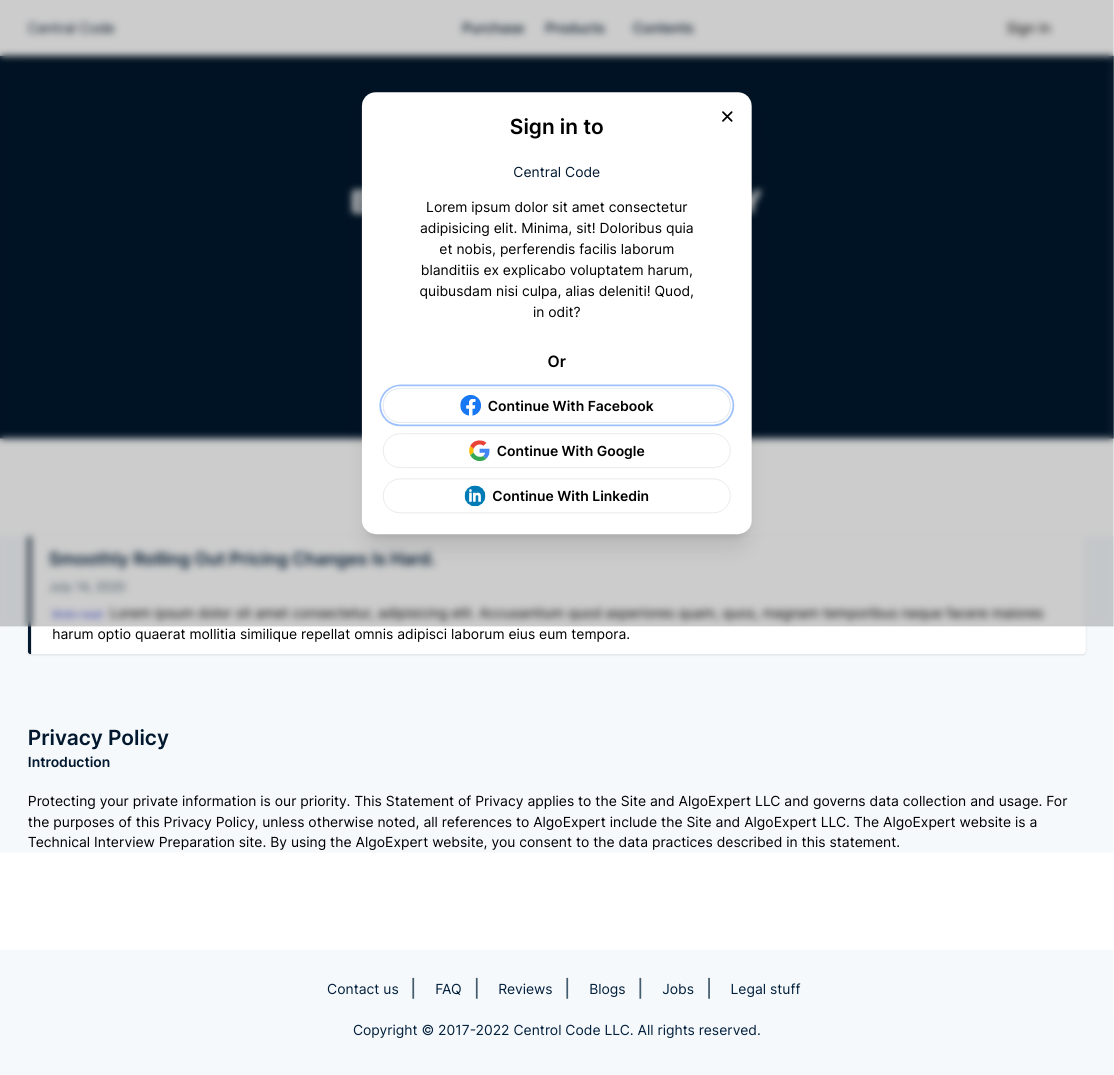
Repository: om1ars/Xjkey
Page: /privacy
These files come from the project's save history. The page is drawn as it stood at one moment and after the next save; the edit follows.
The browser window is 1280 px wide. The pictures show the whole page, at 87% of full size.
The project was rebuilt for these pictures with package versions that can differ from the ones it lists, and the page was loaded fresh each time. The framework's server and built-in components were replaced by stand-ins that run in the browser. Also part of the build but not shown: next.config.js.

Above is the page before, as saved 2022-03-20 23:31:01.

### src/pages/_app.tsx
import "@/css/fonts.css";
// Import Swiper styles
import "swiper/css";
import "swiper/css/free-mode";
import "swiper/css/scrollbar";
import "swiper/css/navigation";
//
import "@/css/main.scss";
import type { AppProps } from "next/app";
import { ThemeProvider } from "next-themes";
import { Header } from "@/components/Header";
import DefaultLayout from "@/layouts/DefaultLayout";
import Head from "next/head";

function MyApp({ Component, pageProps }: AppProps) {
  return (
    <>
      <Head>
        <link
          rel="stylesheet"
          href="https://cdn.jsdelivr.net/gh/devicons/devicon@latest/devicon.min.css"
        />
      </Head>
      <ThemeProvider attribute="class" defaultTheme="system">
        <DefaultLayout>
          <Component {...pageProps} />
        </DefaultLayout>
      </ThemeProvider>
    </>
  );
}

export default MyApp;

### src/pages/_document.tsx
import NextDocument, {
  Html,
  Head,
  Main,
  NextScript,
  DocumentContext,
} from 'next/document';

export default class Document extends NextDocument {
  static async getInitialProps(ctx: DocumentContext) {
    const initialProps = await NextDocument.getInitialProps(ctx);
    return { ...initialProps };
  }

  render() {
    return (
      <Html lang='en' className='dark'>
        <Head>
          <link href='/favicons/site.webmanifest' rel='manifest' />
          <link href='/favicons/favicon.ico' rel='shortcut icon' />
          <link
            href='/favicons/apple-touch-icon.png'
            rel='apple-touch-icon'
            sizes='180x180'
          />
          <link
            href='/favicons/favicon-32x32.png'
            rel='icon'
            sizes='32x32'
            type='image/png'
          />
          <link
            href='/favicons/favicon-16x16.png'
            rel='icon'
            sizes='16x16'
            type='image/png'
          />
          <link
            rel='mask-icon'
            href='/favicons/safari-pinned-tab.svg'
            color='#6366f1'
          />
          <meta content='#ffffff' name='theme-color' />
          <meta content='#ffffff' name='msapplication-TileColor' />
          <meta
            content='/favicons/browserconfig.xml'
            name='msapplication-config'
          />
        </Head>
        <body className='dark:highlight-white/5 bg-neutral-100 text-slate-900 antialiased dark:bg-gray-800 dark:text-white'>
          <Main />
          <NextScript />
        </body>
      </Html>
    );
  }
}

### src/pages/privacy.tsx
import Hero from "@/components/HomeComponents/Hero";
import React from "react";

export default function Privacy() {
  return (
    <div>
      <Hero title="Boring Privacy Policy" subtitle="Because we gotta have it" />

      <main
        className="mx-auto max-w-screen-xl bg-whiteBg px-6 sm:px-8 "
        id="video-explanation"
      >
        <div className="mt-28 mb-28 space-y-20">
          <div className="rounded border-l-4 border-mainBg bg-white py-3 px-5 shadow transition-all hover:-translate-y-1 hover:shadow-lg">
            <div className="flex flex-row items-center justify-between">
              <div>
                <h6 className="text-xl font-semibold  text-textBold">
                  Smoothly Rolling Out Pricing Changes Is Hard.
                </h6>
                <h4 className="mt-2 mb-2  text-left text-sm text-textColor">
                  July 14, 2020
                </h4>
              </div>
              <div></div>
            </div>
            <div className="flex flex-row items-center justify-start text-left">
              <span className="mr-1"></span>
              <p>
                <span className="mr-2 text-xs  font-semibold  text-buttonBg">
                  6min read
                </span>
                <span>
                  Lorem ipsum dolor sit amet consectetur, adipisicing elit.
                  Accusantium quod asperiores quam, quos, magnam temporibus
                  neque facere maiores harum optio quaerat mollitia similique
                  repellat omnis adipisci laborum eius eum tempora.{" "}
                </span>
              </p>
            </div>
          </div>
          <h1 className="text-2xl  font-semibold text-mainBg ">
            Privacy Policy
          </h1>
          <span className="mt">
            <span className="text-mainBg  font-semibold tel">Introduction</span>
            <p className="mt-5 text">
              Protecting your private information is our priority. This
              Statement of Privacy applies to the Site and AlgoExpert LLC and
              governs data collection and usage. For the purposes of this
              Privacy Policy, unless otherwise noted, all references to
              AlgoExpert include the Site and AlgoExpert LLC. The AlgoExpert
              website is a Technical Interview Preparation site. By using the
              AlgoExpert website, you consent to the data practices described in
              this statement.
            </p>
          </span>
        </div>
      </main>
    </div>
  );
}

### src/css/fonts.css
@font-face {
  font-family: "Inter var";
  font-weight: 100 900;
  font-display: swap;
  font-style: normal;
  font-named-instance: "Regular";
  src: url("../fonts/Inter-roman-latin.var.woff2") format("woff2");
}

@font-face {
  font-family: "Inter var";
  font-weight: 100 900;
  font-display: swap;
  font-style: italic;
  font-named-instance: "Italic";
  src: url("../fonts/Inter-italic-latin.var.woff2") format("woff2");
}

### src/css/main.scss
@tailwind base;
@tailwind components;
@tailwind utilities;
@import "./flip-card.scss";
@import "node_modules/react-modal-video/scss/modal-video.scss";

@layer base {
  .dark {
    color-scheme: dark;
  }
}

/* styling Swiper default navigations elements */
.swiper-button-next {
  background-color: theme("colors.white");
  height: 40px;
  width: 40px;
  border-radius: 100px;
  box-shadow: theme("boxShadow.lg");
  transition: all;
  transition-duration: 150ms;
}

html.dark .swiper-button-next {
  background-color: theme("colors.mainBg");
}

.swiper-button-next:hover {
  background-color: theme("colors.mainBg");
}

html.dark .swiper-button-next:hover {
  background-color: theme("colors.mainBg");
}

.swiper-button-next::after {
  color: black;
  font-size: 1rem;
  font-weight: bold;
}
html.dark .swiper-button-next::after {
  color: theme("colors.white");
}

.swiper-button-prev {
  background-color: theme("colors.white");
  height: 40px;
  width: 40px;
  border-radius: 100px;
  box-shadow: theme("boxShadow.lg");
  transition: all;
  transition-duration: 150ms;
}

html.dark .swiper-button-prev {
  background-color: theme("colors.mainBg");
}

.swiper-button-prev:hover {
  background-color: theme("colors.mainBg");
}

html.dark .swiper-button-prev:hover {
  background-color: theme("colors.mainBg");
}

.swiper-button-prev::after {
  color: black;
  font-size: 1rem;
  font-weight: bold;
}
html.dark .swiper-button-prev::after {
  color: theme("colors.white");
}

html.dark .swiper-scrollbar {
  background: rgb(255, 255, 255, 0.2);
}
html.dark .swiper-scrollbar-drag {
  background: rgb(255, 255, 255, 0.6);
}
/* end of styling Swiper default navigations elements */

.front_main_drop:hover .front_sub_drop {
  display: block;
}
.back_main_drop:hover .back_sub_drop {
  display: block;
}

::-webkit-scrollbar {
  width: 4px;
}

/* Handle */
::-webkit-scrollbar-thumb {
  background: #626ee3;
  border-radius: 6px;
}

/* Handle on hover */
::-webkit-scrollbar-thumb:hover {
  background: #535DC5;
}

### src/layouts/DefaultLayout.tsx
import Footer from "@/components/Footer";
import { Header } from "@/components/Header";
import React, { FC } from "react";

export default function DefaultLayout({ children }: any) {
  return (
    <div>
      <Header />
      <main>{children}</main>
      <Footer />
    </div>
  );
}

### src/components/HomeComponents/Hero.tsx
import React, { useEffect, useState } from "react";
import Image from "next/image";
import { Transition } from "@headlessui/react";
import { Button, IconButton } from "../Button";

const Hero = ({ title, subtitle }: any) => {
  const [showBanner, setShowBanner] = useState(true);
  return (
    <>
      <div className="relative h-[640px] w-full bg-mainBg text-white sm:h-[55vh] md:h-[440px]">
        {/* <Image
          src="/img/corporate.jpg"
          alt="corporate"
          layout="fill"
          objectFit="cover"
        /> */}
        <div className="absolute inset-0 bg-neutral-900/70">
          <div className="mx-auto max-w-screen-lg">
            <div className="m-6 min-h-[60px]">

            </div>
            <div className="mx-4  mt-16 flex flex-col items-center text-center">
              <h1 className="text-xl font-extrabold uppercase tracking-wide text-white sm:text-4xl md:text-3xl lg:text-4xl">
                {title}
              </h1>
              <span className="mt-6 text-xl text-white sm:text-2xl">
                {subtitle}
              </span>

              <div className="mt-8">
                {/* <SearchForm /> */}
              </div>
            </div>
          </div>
        </div>
      </div>
      {/* <HeroBottomCard /> */}
    </>
  );
};

export default Hero;

const HeroInnerBanner: React.FC<{ show: boolean; onClose: () => void }> = ({
  show,
  onClose,
}) => {
  return (
    <Transition
      show={show}
      enter="transition-opacity duration-75"
      enterFrom="opacity-0"
      enterTo="opacity-100"
      leave="transition-opacity duration-150"
      leaveFrom="opacity-100"
      leaveTo="opacity-0"
    >
      <div className="relative rounded bg-gradient-to-r from-purple-500 to-indigo-800 py-3 px-8 text-center text-white shadow-lg md:rounded-full">
        <p>
          Welcome to <span className="font-bold">HIREDLi</span>. An easier and
          faster job discovery platform.
        </p>
        <span className="absolute top-1 right-1 sm:top-2 sm:right-2">
          <IconButton
            aria-label="close banner"
            variant="ghost"
            size="sm"
            onClick={onClose}
          >
            <svg
              className="h-6 w-6"
              fill="none"
              viewBox="0 0 24 24"
              stroke="currentColor"
            >
              <path
                strokeLinecap="round"
                strokeLinejoin="round"
                strokeWidth={2}
                d="M6 18L18 6M6 6l12 12"
              />
            </svg>
          </IconButton>
        </span>
      </div>
    </Transition>
  );
};

const items = [
  "Algorithms adn DSA",
  "Advanced React.js",
  "Interview questions",
];

const SearchForm = () => {
  const [query, setQuery] = useState("");
  const [isDirty, setIsDirty] = useState(false);

  useEffect(() => {
    let index = 0;
    let interval = setInterval(() => {
      if (!isDirty) {
        let value = items[index >= items.length ? (index = 0) : index];
        setQuery(value);
      }
      index++;
    }, 2000);

    return () => {
      clearInterval(interval);
    };
  }, [isDirty]);

  return (
    <form
      className="group"
      onSubmit={(e) => {
        e.preventDefault();
      }}
    >
      <div
        id="form-control"
        className="flex items-center overflow-hidden rounded-full bg-white shadow-md group-focus-within:ring-2 group-focus-within:ring-indigo-400 group-focus-within:ring-offset-2 group-focus-within:ring-offset-transparent"
      >
        <span className="pointer-events-none block px-2 text-textBold group-focus-within:text-textBold">
          <svg
            className="h-6 w-6"
            fill="none"
            viewBox="0 0 24 24"
            stroke="currentColor"
          >
            <path
              strokeLinecap="round"
              strokeLinejoin="round"
              strokeWidth={2}
              d="M21 21l-6-6m2-5a7 7 0 11-14 0 7 7 0 0114 0z"
            />
          </svg>
        </span>
        <input
          className="w-full outline-none border-none appearance-none border-transparent p-2 text-xl leading-6 text-textBold placeholder-textBold focus:border-transparent focus:ring-0"
          type="text"
          aria-label="Search input"
          placeholder="Search for anything"
          onClick={() => {
            if (!isDirty) {
              setIsDirty(true);
              setQuery("");
            }
          }}
          value={query}
          onChange={(e) => setQuery(e.target.value)}
        />
        <button
          type="submit"
          className="hidden h-11 shrink-0  bg-buttonBg px-2 font-semibold text-white transition-colors duration-500 ease-in-out hover:bg-buttonHover sm:block"
        >
          Discover Now
        </button>
      </div>
      <Button size="lg" type="submit" className="mt-8 sm:hidden">
        Discover Now
      </Button>
    </form>
  );
};

### src/css/flip-card.scss
.algo_flip_card_container {
  width: 100%;
  padding: 40px;
  height: 100%;
  background: #02203c;
  //   display: flex;
  justify-content: center;
  align-items: center;
}
.services-box {
  display: flex;
  justify-content: center;
  align-items: center;
  flex-wrap: wrap;
}

.service {
  margin: 8px;
}

.flip-box {
  background-color: transparent;
  width: 300px;
  height: 200px;
  //   border: 1px solid #15314b;
  border-radius: 10px;
  perspective: 1000px;
}

.flip-box-inner {
  position: relative;
  width: 100%;
  height: 100%;
  text-align: center;
  transition: transform 0.4s;
  transform-style: preserve-3d;

  display: flex;
  justify-content: center;
  align-items: center;
}

.flip-box:hover .flip-box-inner {
  transform: rotateY(180deg);
}

.flip-box-front,
.flip-box-back {
  position: absolute;
  width: 100%;
  height: 100%;
  -webkit-backface-visibility: hidden;
  backface-visibility: hidden;

  display: flex;
  justify-content: center;
  align-items: center;
  flex-direction: column;
}

.flip-box-front {
  background-color: #15314b;
  color: white;
  border-radius: 4px;
}


.flip-box-front img {
  height: 50px;
  width: 50px;
}

.flip-box-back {
  background-color: #15314b;
  color: white;
  transform: rotateY(180deg);
  border-radius: 4px;
  padding: 16px;
}

### src/components/Footer.tsx
import Link from "next/link";
import React from "react";

export default function Footer() {
  return (
    <div>
      <div className="mt-10 flex flex-col items-center justify-center bg-whiteBg pl-48 pr-48 pt-8 pb-10 text-textBold">
        <div className="sm:flex sm:flex-wrap md:flex md:flex-wrap lg:flex ">
          <div className="ml-4 flex ">
            <span className="mr-2 ml-2">
              <Link href="/help">Contact us</Link>
            </span>
            <div className=" ml-2 w-0.5 bg-textColor"></div>
          </div>
          <div className="ml-4 flex ">
            <span className="mr-2 ml-2">
              <Link href="/help">FAQ</Link>
            </span>
            <div className=" ml-2 w-0.5 bg-textColor"></div>
          </div>
          <div className="ml-4 flex ">
            <span className="mr-2 ml-2">Reviews</span>
            <div className=" ml-2 w-0.5 bg-textColor"></div>
          </div>
          <div className="ml-4 flex ">
            <span className="mr-2 ml-2">
              <Link href="/blog">Blogs</Link>
            </span>
            <div className=" ml-2 w-0.5 bg-textColor"></div>
          </div>
          <div className="ml-4 flex ">
            <span className="mr-2 ml-2">Jobs</span>
            <div className=" ml-2 w-0.5 bg-textColor"></div>
          </div>
          <div className="ml-4 flex ">
            <span className="mr-2 ml-2 ">
              <Link href="/privacy">Legal stuff</Link>
            </span>
          </div>
        </div>
        <div className="mt-6">
          <span>
            Copyright © 2017-2022 Centrol Code LLC. All rights reserved.
          </span>
        </div>
      </div>
    </div>
  );
}

### src/components/Button/index.tsx
import React, { forwardRef } from "react";
import { __DEV__ } from "@/utils/assertions";

type BaseButtonProps = Omit<React.HTMLProps<HTMLButtonElement>, "size">;

/* === Button Element === */

export interface ButtonProps extends BaseButtonProps {
  children: React.ReactNode;
  fullWidth?: boolean;
  className?: string;
  variant?: "solid" | "outline" | "ghost";
  size?: "sm" | "md" | "lg";
  as?: string;
  isExternal?: boolean;
  type?: "button" | "submit" | "reset";
}

export const Button = forwardRef<HTMLButtonElement, ButtonProps>(
  (
    {
      children,
      variant = "solid",
      size = "md",
      fullWidth = false,
      className,
      as = "button",
      isExternal = false,
      ...rest
    },
    ref
  ) => {
    let tempClassNames: string[] = [];

    const sharedClasses = [
      "capitalize",
      "focus:outline-none",
      "focus:ring-2",
      "focus:ring-sky-400",
      "focus:ring-offset-2",
      "focus:ring-offset-sky-50",
      "font-semibold",
      "rounded-full",
      "inline-flex",
      "flex-shrink-0",
      "items-center",
      "justify-center",
      "transition-colors",
      "ease-in-out",
      "duration-500",
    ];

    if (fullWidth) sharedClasses.push("w-full");

    // handle variants
    let btnSolid = ["bg-sky-600", "hover:bg-sky-700", "text-white"];
    let btnOutline = [
      "dark:text-white",
      "hover:text-sky-700",
      "hover:dark:text-sky-700",
      "bg-transparent",
      "hover:bg-sky-50",
      "border",
      "border-sky-600",
    ];
    let btnGhost = [
      "bg-transparent",
      "dark:text-white",
      "hover:bg-sky-50",
      "hover:text-sky-700",
      "hover:dark:text-sky-700",
    ];

    if (variant === "solid") {
      tempClassNames = [...sharedClasses, ...btnSolid];
    } else if (variant === "outline") {
      tempClassNames = [...sharedClasses, ...btnOutline];
    } else if (variant === "ghost") {
      tempClassNames = [...sharedClasses, ...btnGhost];
    }

    // handle sizes
    let sizeSm = ["h-8", "px-2", "text-sm"];
    let sizeMd = ["h-10", "px-3"];
    let sizeLg = ["h-12", "px-4", "text-lg"];

    if (size === "sm") {
      tempClassNames = [...tempClassNames, ...sizeSm];
    } else if (size === "md") {
      tempClassNames = [...tempClassNames, ...sizeMd];
    } else if (size === "lg") {
      tempClassNames = [...tempClassNames, ...sizeLg];
    }

    let classes = tempClassNames.join(" ");

    let Element = as ? (
      React.createElement(
        as,
        {
          className: `${classes} ${className}`,
          target: isExternal ? "_blank" : undefined,
          rel: isExternal ? "noopener noreferrer" : undefined,
          ref,
          ...rest,
        },
        children
      )
    ) : (
      <button {...rest} className={`${classes} ${className}`} ref={ref}>
        {children}
      </button>
    );

    return Element;
  }
);

if (__DEV__) {
  Button.displayName = "Button";
}

/* === IconButton Element === */

export interface IconButtonProps extends ButtonProps {
  icon?: React.ReactElement;
  "aria-label": string;
}

export const IconButton = forwardRef<HTMLButtonElement, IconButtonProps>(
  (
    {
      children,
      icon,
      className,
      "aria-label": ariaLabel,
      size = "md",
      ...rest
    },
    ref
  ) => {
    let sharedClasses = ["rounded-full", "!px-0"];

    // handle sizes
    let sizeSm = ["w-8"];
    let sizeMd = ["w-10"];
    let sizeLg = ["w-12"];

    if (size === "sm") {
      sharedClasses = [...sharedClasses, ...sizeSm];
    } else if (size === "md") {
      sharedClasses = [...sharedClasses, ...sizeMd];
    } else if (size === "lg") {
      sharedClasses = [...sharedClasses, ...sizeLg];
    }

    /**
     * Passing the icon as prop or children should work
     */
    const element = icon || children;
    const _children = React.isValidElement(element)
      ? React.cloneElement(element as any, {
          "aria-hidden": true,
          focusable: false,
        })
      : null;

    let classes = sharedClasses.join(" ");
    return (
      <Button
      className={`${classes} ${className}`}
        aria-label={ariaLabel}
        size={size}
        {...rest}
        ref={ref}
      >
        {_children}
      </Button>
    );
  }
);

if (__DEV__) {
  IconButton.displayName = "IconButton";
}

### src/components/Logo.tsx
import clsx from "clsx";
import React from "react";

export default function Logo() {
  return (
    <span
      className='text-mainBg'
    >
      Central Code
    </span>
  );
}

### src/utils/assertions.ts
export const __DEV__ = process.env.NODE_ENV !== "production";

Loaded but not shown: tailwind.config.js (40 lines, source omitted); src/components/Header.tsx (386 lines, source omitted); src/components/HomeComponents/AuthenticationDialog.tsx (206 lines, source omitted); src/components/ThemeToggle.tsx (220 lines, source omitted)

After the next save:
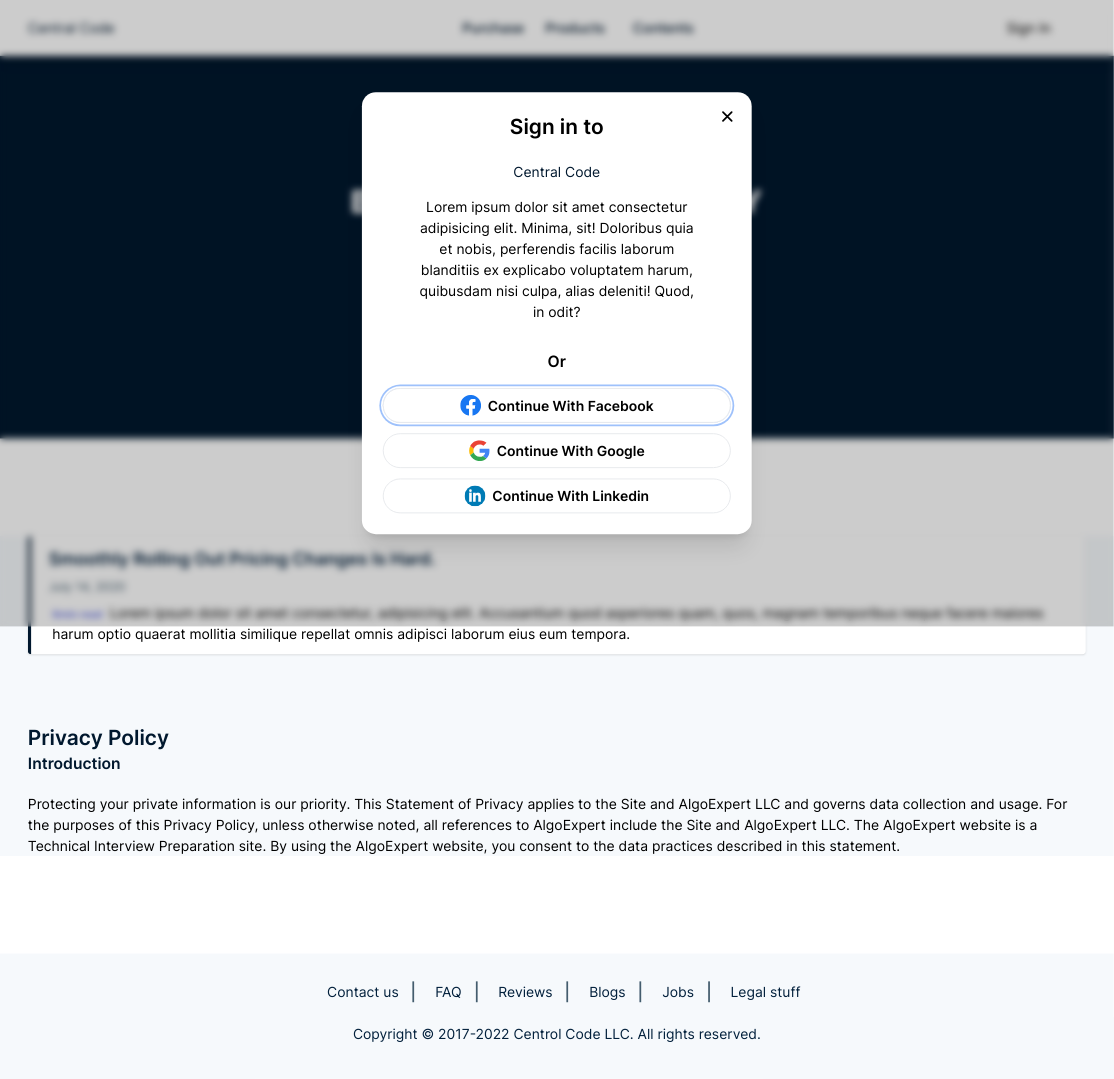
Saved 4 s later.
--- a/src/pages/privacy.tsx
+++ b/src/pages/privacy.tsx
@@ -42,7 +42,7 @@
             Privacy Policy
           </h1>
           <span className="mt">
-            <span className="text-mainBg  font-semibold tel">Introduction</span>
+            <span className="text-mainBg  font-semibold text-lg">Introduction</span>
             <p className="mt-5 text">
               Protecting your private information is our priority. This
               Statement of Privacy applies to the Site and AlgoExpert LLC and
